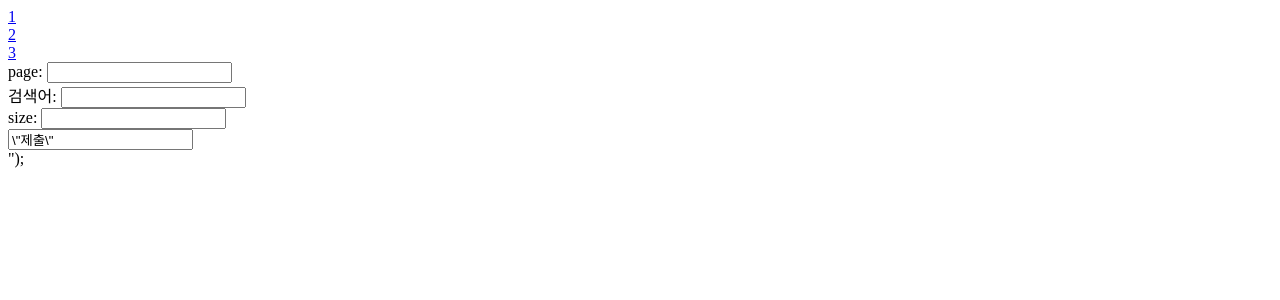
Repository: 12hongkildong/ttest
Page: http://localhost/webPrj/input?p=14&q=hello&s=15
An editor plug-in stored every save of this project. The page is shown before and after the next save, followed by the edit.
The browser window is 1280 px wide. The pictures show the whole page.
The page is served by Tomcat 10. Other server files are loaded and not shown.

Above is the page before, as saved 2023-02-17 08:21:59.

### workspace/webPrj/src/main/webapp/WEB-INF/view/input.jsp
<%@ page language="java" contentType="text/html; charset=EUC-KR"
    pageEncoding="utf-8"%>
<!DOCTYPE html>
<html>
<head>
<meta charset="EUC-KR">
<title>Insert title here</title>
</head>
<body>
		<a href=\"/input?p=14&q=hello&s=15\">1</a><br>
		<a href=\"/input?p=17&q=hello&s=19\">2</a><br>
		<a href=\"/input?p=18&q=hello&s=20\">3</a><br>


		<form action=\"/input\">
		<label>page:</label>
			<input type=\"text\" name=\"p\"><br>
			<label>검색어:</label>
			<input type=\"text\" name=\"q\"><br>
			<label>size:</label>
				<input type=\"text\" name=\"s\"><br>
			<input type=\"submit\" value=\"제출\">
		</form>");
</body>
</html>

### workspace/webPrj/src/main/java/com/newlecture/web/InputController.java
package com.newlecture.web;

import java.io.IOException;
import java.io.PrintWriter;

import jakarta.servlet.ServletException;
import jakarta.servlet.annotation.WebFilter;
import jakarta.servlet.annotation.WebServlet;
import jakarta.servlet.http.HttpServlet;
import jakarta.servlet.http.HttpServletRequest;
import jakarta.servlet.http.HttpServletResponse;

@WebServlet("/input")
public class InputController extends HttpServlet{

	@Override
	protected void service(HttpServletRequest request, HttpServletResponse response) throws ServletException, IOException {
//		1. 쿼리 스트림을 이용한 입력znjfl tmxmfladmf dldydgks dlqfur
//			QueryString이란? 데이터 제공하는 방법, 그대신 우리 비밀번호 같은 게 보이게 된다?
//		예: 페이지, 검색어, 레코드 개수, 날짜 범위, 기간...
//		그럼 위의 옵션은 누가 결정하냐? -> 서버
//		그럼 어떤 식으로 서버가 그 값을 받도록 할 것인가?

//		int page = request.getParameter("p");
//		전달한 내용은 무조건 문자열로 오기에 int로 받으니 오류가 나는 것 integer형으로 바꾸나?
//		입력 값은 무조건 문자열이므로 바로 int로 사용할 수 없다.
		response.setContentType("text/html; charset=UTF-8");


		String page = request.getParameter("p");
		String q = request.getParameter("q");

		String s = request.getParameter("s");
		// dlqfur rkqtdmf wjsekfgksms tkdydwksms zldnjemfh ㅔfmf tkdydgkehfhr rufwjdgks ruddn ekdmacjfja rkqtdmf qkedmf tn dlTEk.

//		그럼 요청하는 방법은?
//		input?=1
		PrintWriter out = response.getWriter();
//		http://localhost:8080/input?p=3&q=hello&s=15


		out.println(page);
		out.println(q);
		out.println(s);
		out.write("<br>");
		// dnldml znjfltmxmfladptj 냨ㄷfmf dlqfur qkerl dnlgks zldnjemfmf dho rnedl ㄴfh gotSkdy? -> rmsid 냐
		// 위의 쿼리스트림에서 size를 입력 받기 위한 키워드를 왜 굳이 ㄴfh goTSkdy? rmsid 냨ㄷfh gkwl?
		// 웹의 주소는 원래 1000자 내외의 길이제한이 있다 값을 줄일 수 는 없으니 키워드라도 줄여보자고 했던 것
//		과거 플랫폼과의 호환성 때문이다.
//		여담이지만 최근엔 제한이 없다는 말도 있습니다.



//		2. form을 이용한 입력
//		사실 쿼리 스트릠은 사용자가 전달하는 값이라기 보다 페이지를 제공하는 쪽에서 정해진 값을 선택하게 하는 방식이다.
//		예를 들어 쿼리스트림은 사용자가 url창을 직접 편집하는 것이 아니라 다음처럼 링크에 잇는 경우가 일반적이다
//		<a href="/input?p=2&q=hello&s=15">2</a>
//		<a href="/input?p=3&q=hello&s=15">1</a>
//		d위와 같이 이미 정해진 값 중 하나의 링크를 선택함으로 입력을 요청하게 된다.
//		반면 사용자가 값을 직접 입력하게 하고 싶다면 어떻게 할까? 그때는 form을 제공함으로 입력을 하게 한다.


		out.write("<a href=\"/input?p=14&q=hello&s=15\">1</a><br>");
		out.write("<a href=\"/input?p=17&q=hello&s=19\">2</a><br>");
		out.write("<a href=\"/input?p=18&q=hello&s=20\">3</a><br>");


		out.write("<form action=\"/input\">");
		out.write("<label>page:</label>");
			out.write("<input type=\"text\" name=\"p\"><br>");
			out.write("<label>검색어:</label>");
			out.write("<input type=\"text\" name=\"q\"><br>");
			out.write("<label>size:</label>");
			out.write("	<input type=\"text\" name=\"s\"><br>");
			out.write("<input type=\"submit\" value=\"제출\">");
		out.write("</form>");


//		out.write("<form action=\"/input\">");
//			out.write(" <label>page:</label>");
//			out.write(" <input type=\"text\" name=\"p\">");
//			out.write(" <label>:</label>");
//			out.write(" <input type=\"text\" name=\"q\">");
//			out.write(" <label>size:</label>");
//			out.write(" <input type=\"text\" name=\"size\">");
//		out.write("</form>");



//		3. 쿠키 입력



//		4. header 입력



//		5. hidden 필드 입력


		request.getRequestDispatcher("/WEB-INF/view/input.jsp").forward(request, response);
	}



}

After the next save:
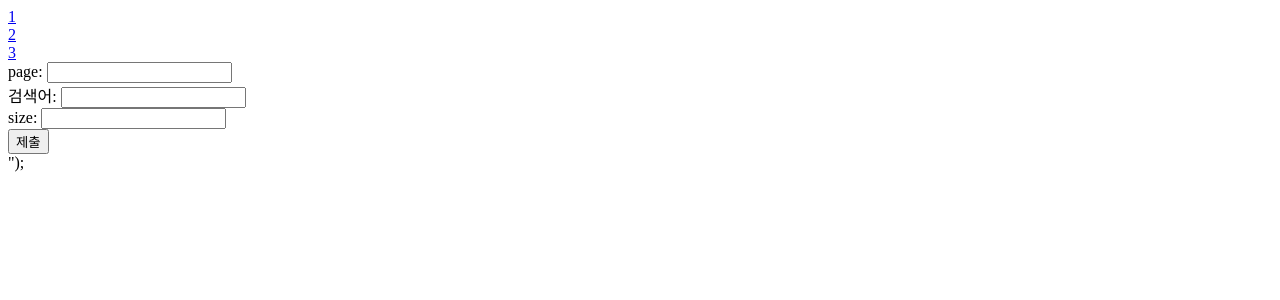
Saved 30 s later.
--- a/workspace/webPrj/src/main/webapp/WEB-INF/view/input.jsp
+++ b/workspace/webPrj/src/main/webapp/WEB-INF/view/input.jsp
@@ -7,19 +7,19 @@
 <title>Insert title here</title>
 </head>
 <body>
-		<a href=\"/input?p=14&q=hello&s=15\">1</a><br>
-		<a href=\"/input?p=17&q=hello&s=19\">2</a><br>
-		<a href=\"/input?p=18&q=hello&s=20\">3</a><br>
+		<a href="/input?p=14&q=hello&s=15">1</a><br>
+		<a href="/input?p=17&q=hello&s=19">2</a><br>
+		<a href="/input?p=18&q=hello&s=20">3</a><br>
 
 
-		<form action=\"/input\">
+		<form action="/input">
 		<label>page:</label>
-			<input type=\"text\" name=\"p\"><br>
+			<input type="text" name="p"><br>
 			<label>검색어:</label>
-			<input type=\"text\" name=\"q\"><br>
+			<input type="text" name="q"><br>
 			<label>size:</label>
-				<input type=\"text\" name=\"s\"><br>
-			<input type=\"submit\" value=\"제출\">
+				<input type="text" name="s"><br>
+			<input type="submit" value="제출">
 		</form>");
 </body>
 </html>
